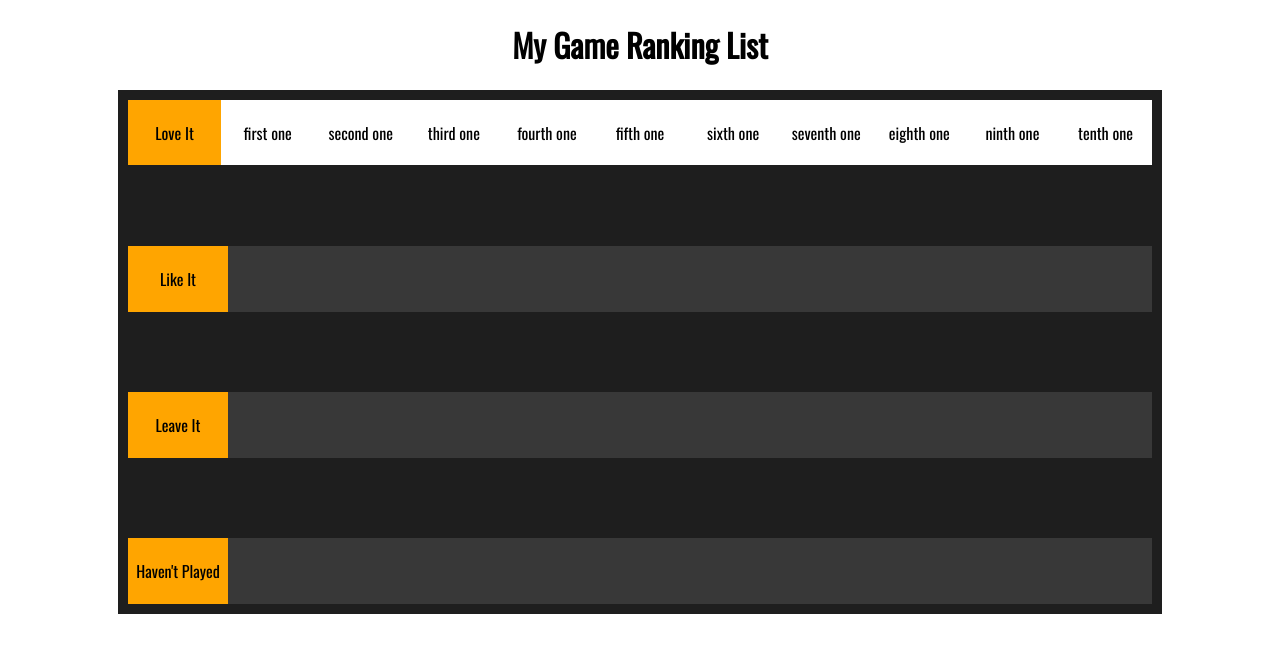
Repository: akiachenise/akiachenise.github.io
Page: JackboxGames_TierList_vanilla/index.html
The author's editor kept a copy of each file at every save. The page is drawn from the files as they stood at one save, then again after the next save.
The browser window is 1280 px wide. The pictures show the whole page.

Above is the page before, as saved 2022-11-26 15:48:43.
Console error: ReferenceError: rgb is not defined

### JackboxGames_TierList_vanilla/index.html
<!DOCTYPE html>
<!--[if lt IE 7]>      <html class="no-js lt-ie9 lt-ie8 lt-ie7"> <![endif]-->
<!--[if IE 7]>         <html class="no-js lt-ie9 lt-ie8"> <![endif]-->
<!--[if IE 8]>         <html class="no-js lt-ie9"> <![endif]-->
<!--[if gt IE 8]>      <html class="no-js"> <!--<![endif]-->
<html lang="en-US">
  <head>
    <meta charset="utf-8" />
    <meta http-equiv="X-UA-Compatible" content="IE=edge" />
    <title>My Game Ranking List</title>
    <meta name="description" content="My Game Ranking" />
    <meta name="viewport" content="width=device-width, initial-scale=1" />
    <link rel="stylesheet" type="text/css" href="css/stylesheet.css" />
    <link rel="stylesheet" href="https://fonts.googleapis.com/css?family=Oswald">
  </head>
  <body>
    <!--[if lt IE 7]>
      <p class="browsehappy">
        You are using an <strong>outdated</strong> browser. Please
        <a href="#">upgrade your browser</a> to improve your experience.
      </p>
    <![endif]-->
    <h1>My Game Ranking List</h1>
    <div id="board">
        <div class = "row">
            <div class = "label">Love It</div>
            <div class="card" id="first" draggable="true">first one</div>
            <div class="card" id="second" draggable="true">second one</div>
            <div class="card" id="third" draggable="true">third one</div>
            <div class="card" id="fourth" draggable="true">fourth one</div>
            <div class="card" id="fifth" draggable="true">fifth one</div>
            <div class="card" id="sixth" draggable="true">sixth one</div>
            <div class="card" id="seventh" draggable="true">seventh one</div>
            <div class="card" id="eighth" draggable="true">eighth one</div>
            <div class="card" id="ninth" draggable="true">ninth one</div>
            <div class="card" id="ninth" draggable="true">tenth one</div>

        </div>
        <div class = "row">
            <div class = "label">Like It</div>
        </div>
        <div class = "row">
            <div class = "label">Leave It</div>
        </div>
        <div class = "row">
            <div class = "label">Haven't Played</div>
        </div>

    </div>


    <script src="js/cards.js" async defer></script>
    <script src="js/rows.js" async defer></script>
  </body>
</html>

### JackboxGames_TierList_vanilla/css/stylesheet.css
body {
    font-family: 'Oswald';
    margin: 0;
    display: flex;
    flex-direction: column;
    align-items: center;
    justify-content: center;
}

#board {
    display: flex;
    flex-direction: column;
    align-items: center;
    justify-content: space-between;
    padding: 10px;
    width: 80vw;
    height: 70vh;
    background-color: rgb(30, 30, 30);
}

.row {
    display: flex;
    width: 100%;
    height: 13%;
    background-color: rgb(56, 56, 56);
}

.label {
    display: flex;
    justify-content: center;
    align-items: center;
    height: 100%;
    width: 100px;
    background-color: orange;
}

.card {
    height: 100%;
    width: 100px;
    display: flex;
    justify-content: center;
    align-items: center;
    background-color: white;
}

### JackboxGames_TierList_vanilla/js/cards.js
const cards = document.querySelectorAll('.card');

const onDragStart = (event) => {
    console.log('dragging the element');
    event.dataTransfer.setData('id', event.target.id);
    setTimeout(() => {
        event.target.style.visibility = 'hidden';
    }, 50)
}

const onDragEnd = (event) => {
    event.target.style.visibility = 'visible';
    console.log('ended the drag');
}

cards.forEach((card) => {
    card.ondragstart = onDragStart;
    card.ondragend = onDragEnd;


})

### JackboxGames_TierList_vanilla/js/rows.js
const rows = document.querySelectorAll('.row');
const colorRanks = [rgb(255, 127, 127), rgb(255, 191, 127), rgb(255, 223, 127) , rgb(191, 255, 127)];

const onDragOver = (event) => {
    event.preventDefault();
}

const onDrop = (event) => {
   event.preventDefault();
   const draggedCardId = event.dataTransfer.getData('id');
   const draggedCard = document.getElementById(draggedCardId);
   event.target.appendChild(draggedCard);
   console.log('dropped the element');
}

rows.forEach((row, index) => {
    const label = row.querySelector('.label');
    label.style.backgroundColor = colorRanks[index];
    row.ondragover = onDragOver;
    row.ondrop = onDrop;
})

After the next save:
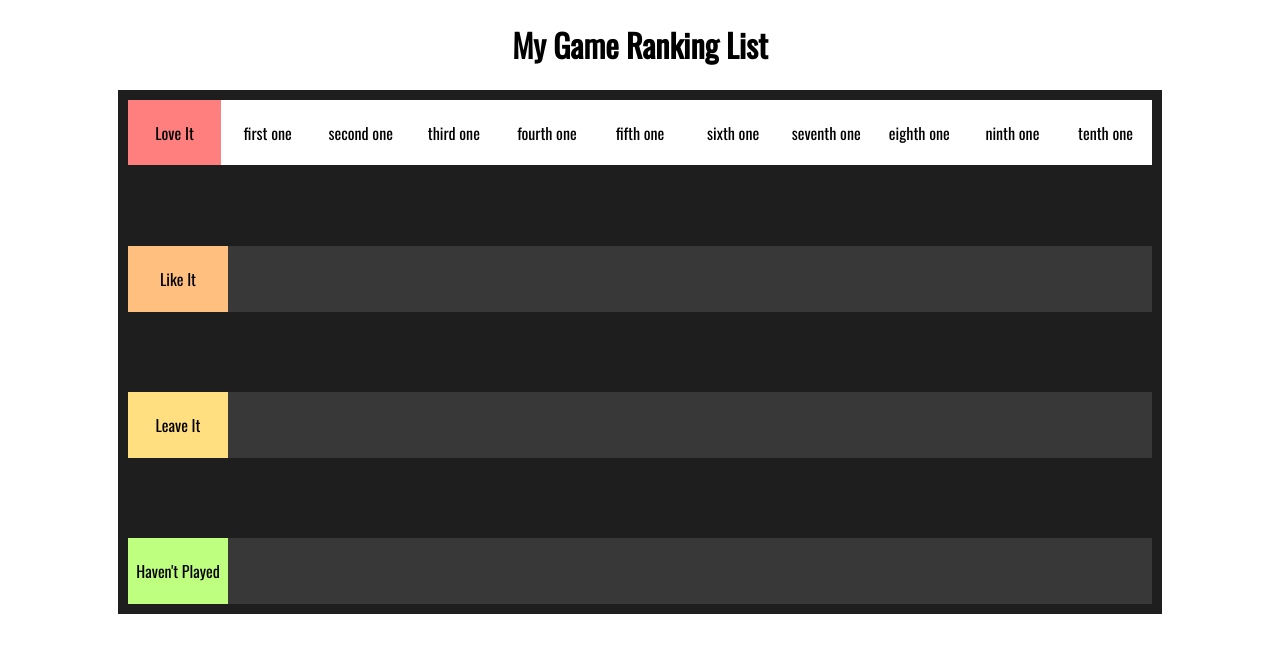
The error is gone.
Saved 2 min 48 s later.
--- a/JackboxGames_TierList_vanilla/js/rows.js
+++ b/JackboxGames_TierList_vanilla/js/rows.js
@@ -1,5 +1,5 @@
 const rows = document.querySelectorAll('.row');
-const colorRanks = [rgb(255, 127, 127), rgb(255, 191, 127), rgb(255, 223, 127) , rgb(191, 255, 127)];
+const colorRanks = ['rgb(255, 127, 127)', 'rgb(255, 191, 127)', 'rgb(255, 223, 127)' , 'rgb(191, 255, 127)'];
 
 const onDragOver = (event) => {
     event.preventDefault();
